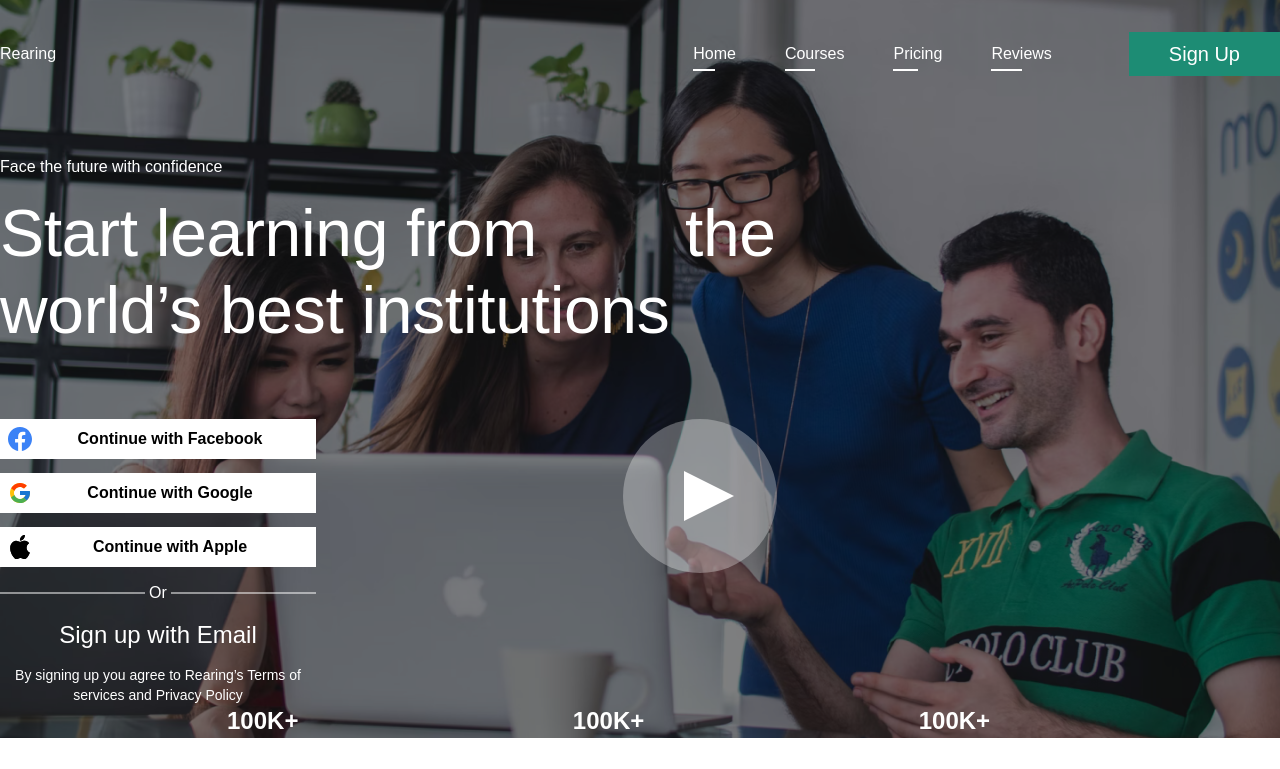
Repository: vandangnhathung/educationplatform
Page: /
These files come from the project's save history. The page is drawn as it stood at one moment and after the next save; the edit follows.
The browser window is 1280 px wide. The pictures show the whole page.
The project was rebuilt for these pictures with package versions that can differ from the ones it lists, and the page was loaded fresh each time.

Above is the page before, as saved 2022-06-21 00:25:05.

After the next save:
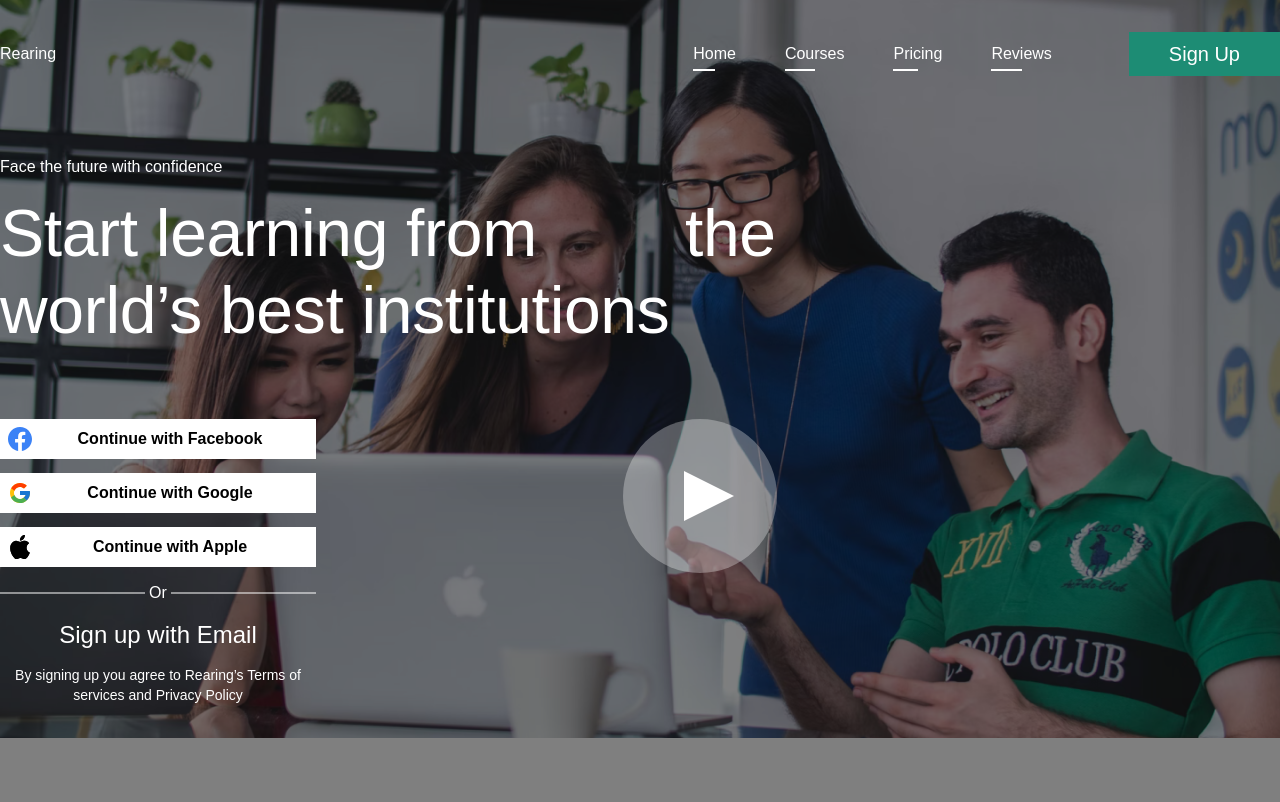
Saved 19 s later.
--- a/src/components/Header.js
+++ b/src/components/Header.js
@@ -113,20 +113,20 @@ const Header = () => {
               </div>
             </div>
           </div>
-          <div className="header-statistic">
-            <div className="max-w-[826px] mx-auto flex items-center justify-between text-white">
-              <div className="header-statistic__info flex flex-col gap-y-2">
-                <span className="inline-block text-2xl font-bold">100K+</span>
-                <p className="text-base">Total students ours</p>
-              </div>
-              <div className="header-statistic__info flex flex-col gap-y-2">
-                <span className="inline-block text-2xl font-bold">100K+</span>
-                <p className="text-base">Total students ours</p>
-              </div>
-              <div className="header-statistic__info flex flex-col gap-y-2">
-                <span className="inline-block text-2xl font-bold">100K+</span>
-                <p className="text-base">Total students ours</p>
-              </div>
+        </div>
+        <div className="header-statistic">
+          <div className="max-w-[826px] mx-auto flex items-center justify-between text-white">
+            <div className="header-statistic__info flex flex-col gap-y-2">
+              <span className="inline-block text-2xl font-bold">100K+</span>
+              <p className="text-base">Total students ours</p>
+            </div>
+            <div className="header-statistic__info flex flex-col gap-y-2">
+              <span className="inline-block text-2xl font-bold">100K+</span>
+              <p className="text-base">Total students ours</p>
+            </div>
+            <div className="header-statistic__info flex flex-col gap-y-2">
+              <span className="inline-block text-2xl font-bold">100K+</span>
+              <p className="text-base">Total students ours</p>
             </div>
           </div>
         </div>
